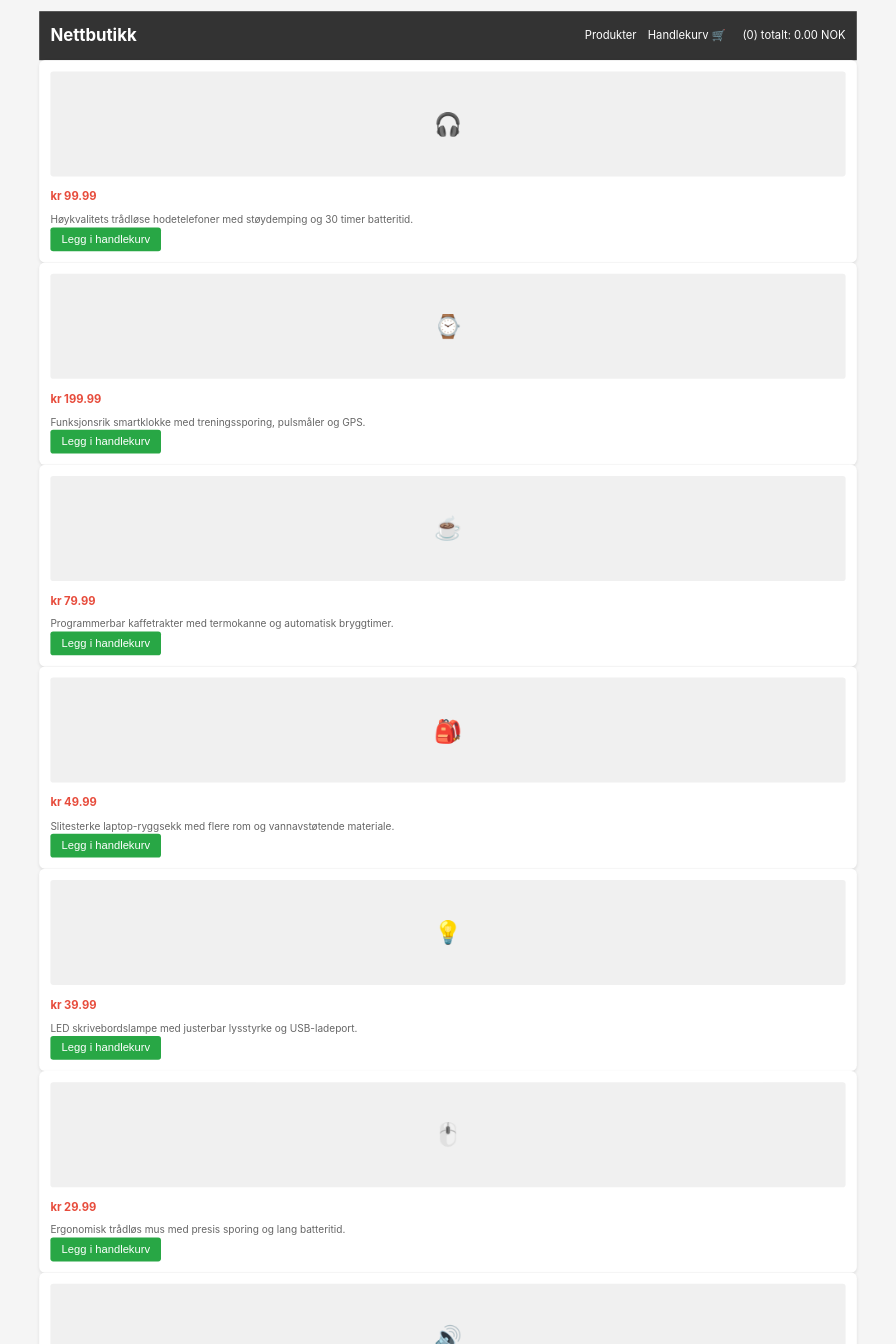
Repository: geokkjer/ukesoppgave2025.2
Page: / (app in handlekurv-func/)
An editor plug-in stored every save of this project. The page is shown before and after the next save, followed by the edit.
The browser window is 1280 px wide. The pictures show the part of the page from y = 0 to 1920 px (the page is 4772 px tall before and 720 px after), at 70% of full size.
The project was rebuilt for these pictures with package versions that can differ from the ones it lists, and the page was loaded fresh each time.

Above is the page before, as saved 2025-09-16 14:06:04.

After the next save:
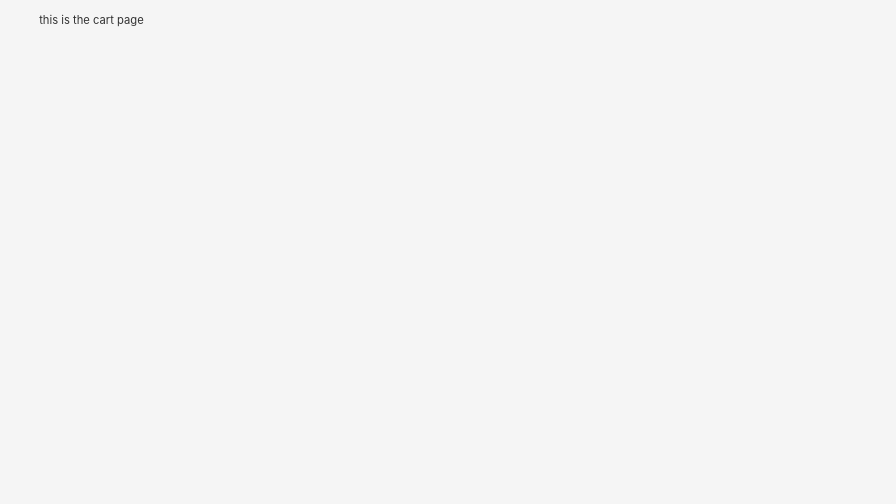
Saved 4 min 20 s later.
--- a/handlekurv-func/src/model.ts
+++ b/handlekurv-func/src/model.ts
@@ -2,7 +2,7 @@
 
 export const initialState: Model = Object.freeze({
   app: {
-    currentPage: "products",
+    currentPage: "cart",
   },
   products: [
     {

After the 2 saves that followed:
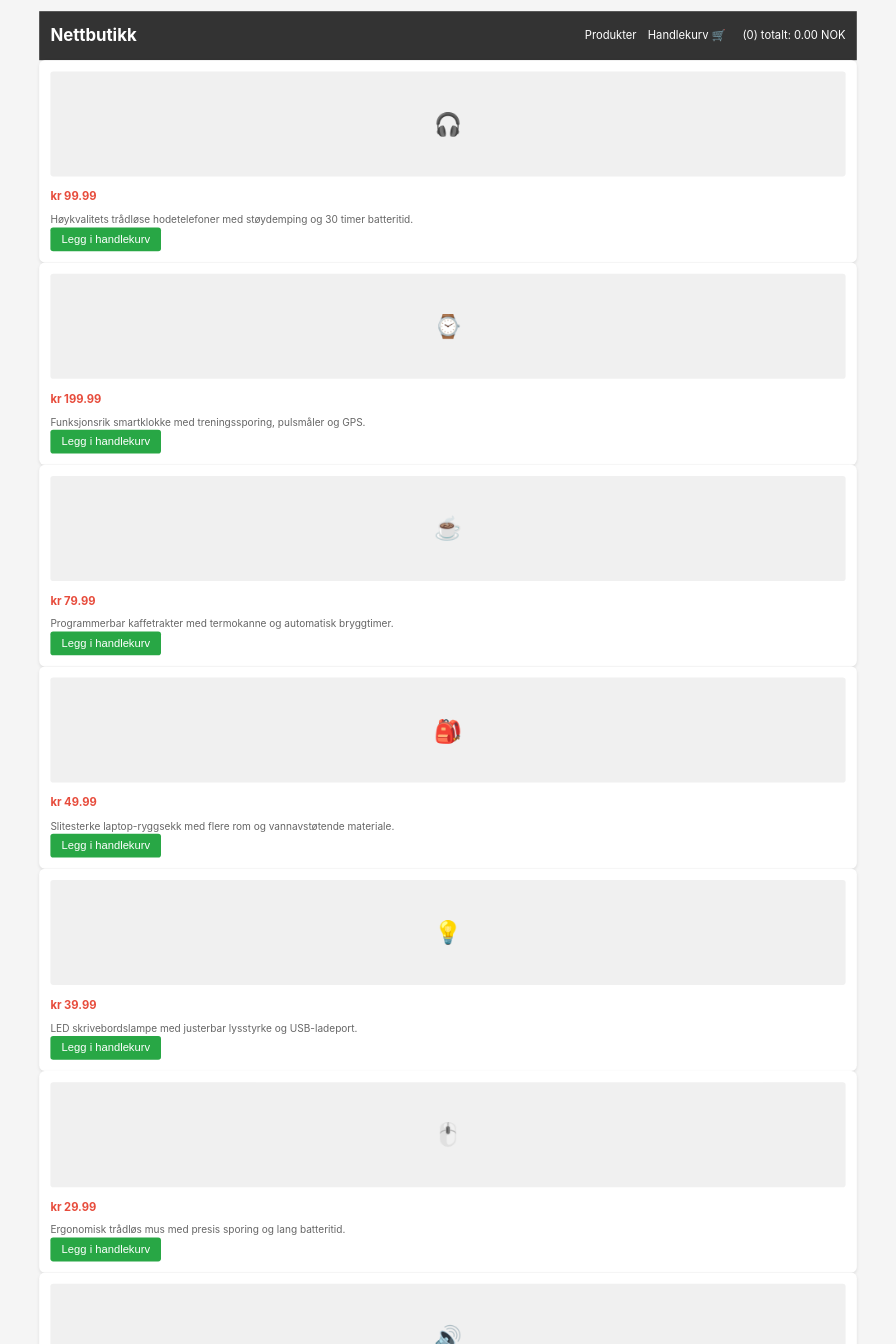
The 2 saves are shown as one change because 1 left the picture as it was.
The last was saved 58 s later.
--- a/handlekurv-func/src/model.ts
+++ b/handlekurv-func/src/model.ts
@@ -2,7 +2,7 @@
 
 export const initialState: Model = Object.freeze({
   app: {
-    currentPage: "cart",
+    currentPage: "products",
   },
   products: [
     {
--- a/handlekurv-func/src/commonView.ts
+++ b/handlekurv-func/src/commonView.ts
@@ -37,10 +37,11 @@ function navBar(model: Model): HTMLElement {
     a1.href = '#';
     a1.innerText = 'Produkter';
     a1.addEventListener('click', () => { model.app.currentPage = 'products'; });
+
     const a2 = document.createElement('a');
     a2.href = '#';
     a2.innerText = 'Handlekurv 🛒';
-    a2.addEventListener('click', () => { model.app.currentPage = 'cart';  });
+    a2.addEventListener('click', () => { model.app.currentPage = 'cart';   });
 
     const infoCart = document.createElement('span');
     infoCart.className = 'cart-info';
